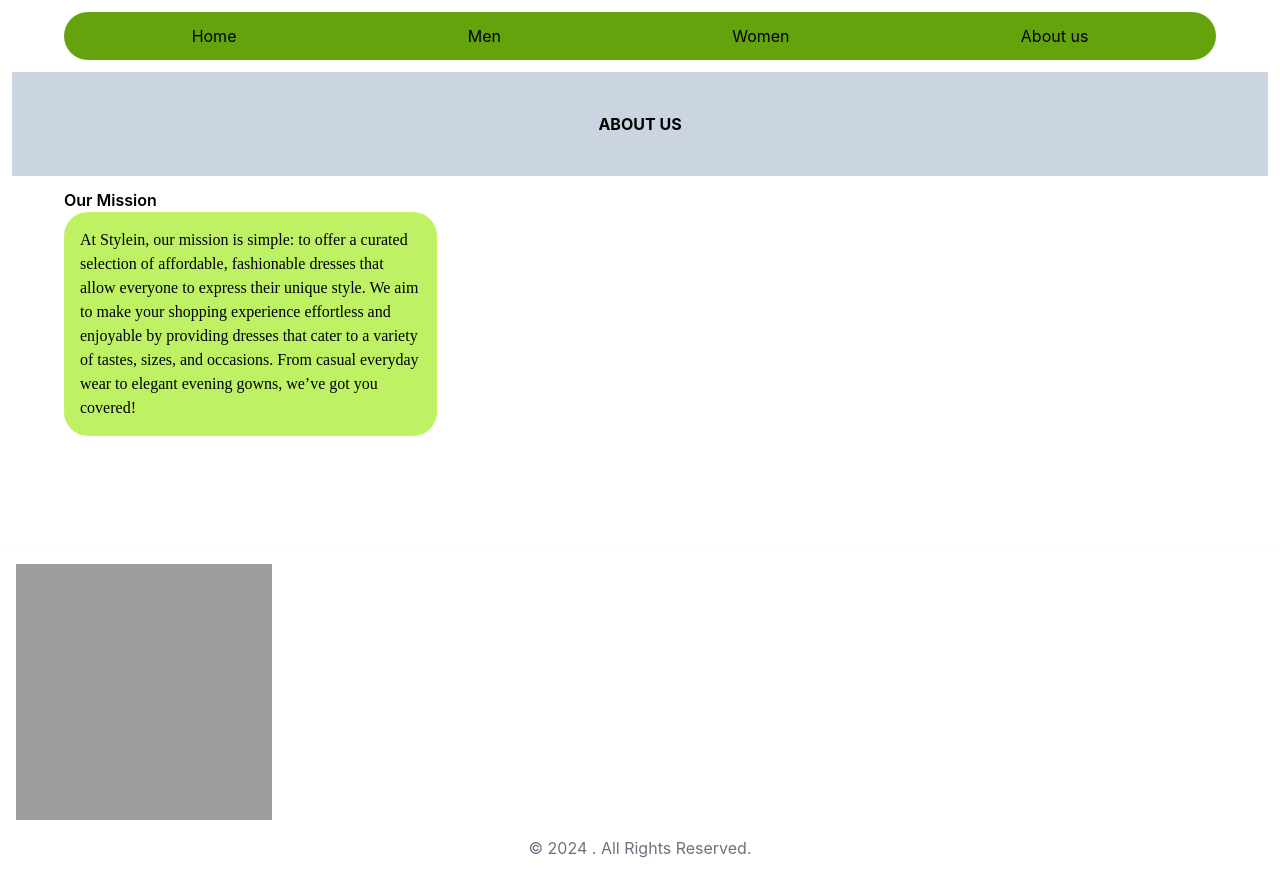
Repository: Mohankkanth/StyleIn_ShoppingSite
Page: /AboutUs
These files come from the project's save history. The page is drawn as it stood at one moment and after the next save; the edit follows.
The browser window is 1280 px wide. The pictures show the whole page.
Pictures or frames that could not be fetched are drawn as grey boxes. The project was rebuilt for these pictures with package versions that can differ from the ones it lists, and the page was loaded fresh each time. Also part of the build but not shown: vite.config.js, src/component/Home/Home.jsx, src/component/api/MenProducts.jsx, src/component/Men/Men.jsx, src/component/Women/Women.jsx, src/component/api/KidsProducts.jsx, src/component/Kids/Kids.jsx, src/component/Errorpage/Errorpage.jsx and 18 more.

Above is the page before, as saved 2024-11-23 14:00:40.

After the next save:
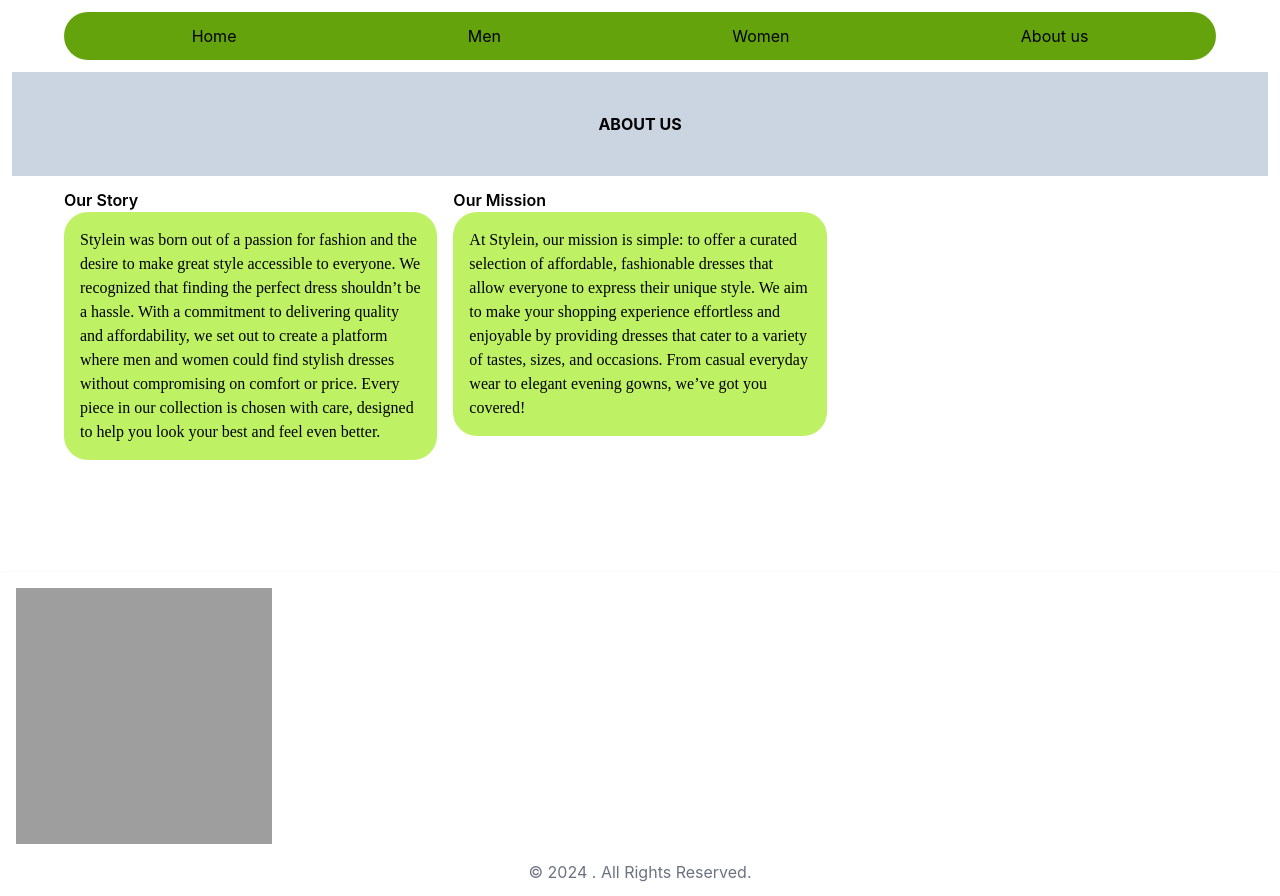
Saved 4 s later.
--- a/src/component/AboutUs/Aboutus.jsx
+++ b/src/component/AboutUs/Aboutus.jsx
@@ -8,6 +8,12 @@
                 <p className="font-bold bg-slate-300 text-center p-10 m-3">ABOUT US</p>
 
                 <div className=" w-[90%]  mx-auto grid grid-cols-2 md:grid-cols-3 gap-4 ">
+
+                <div>
+                        <p className='font-semibold text-justify '>Our Story</p>
+                        <p  className='bg-lime-300 p-4 rounded-3xl font-[Raleway]'>
+                            Stylein was born out of a passion for fashion and the desire to make great style accessible to everyone. We recognized that finding the perfect dress shouldn’t be a hassle. With a commitment to delivering quality and affordability, we set out to create a platform where men and women could find stylish dresses without compromising on comfort or price. Every piece in our collection is chosen with care, designed to help you look your best and feel even better.</p>
+                    </div>
                     <div>
                         <p className='font-semibold text-justify '>Our Mission</p>
                         <p className='bg-lime-300 p-4 rounded-3xl font-[Raleway]'>At Stylein, our mission is simple: to offer a curated selection of affordable, fashionable dresses that allow everyone to express their unique style. We aim to make your shopping experience effortless and enjoyable by providing dresses that cater to a variety of tastes, sizes, and occasions. From casual everyday wear to elegant evening gowns, we’ve got you covered!</p>
